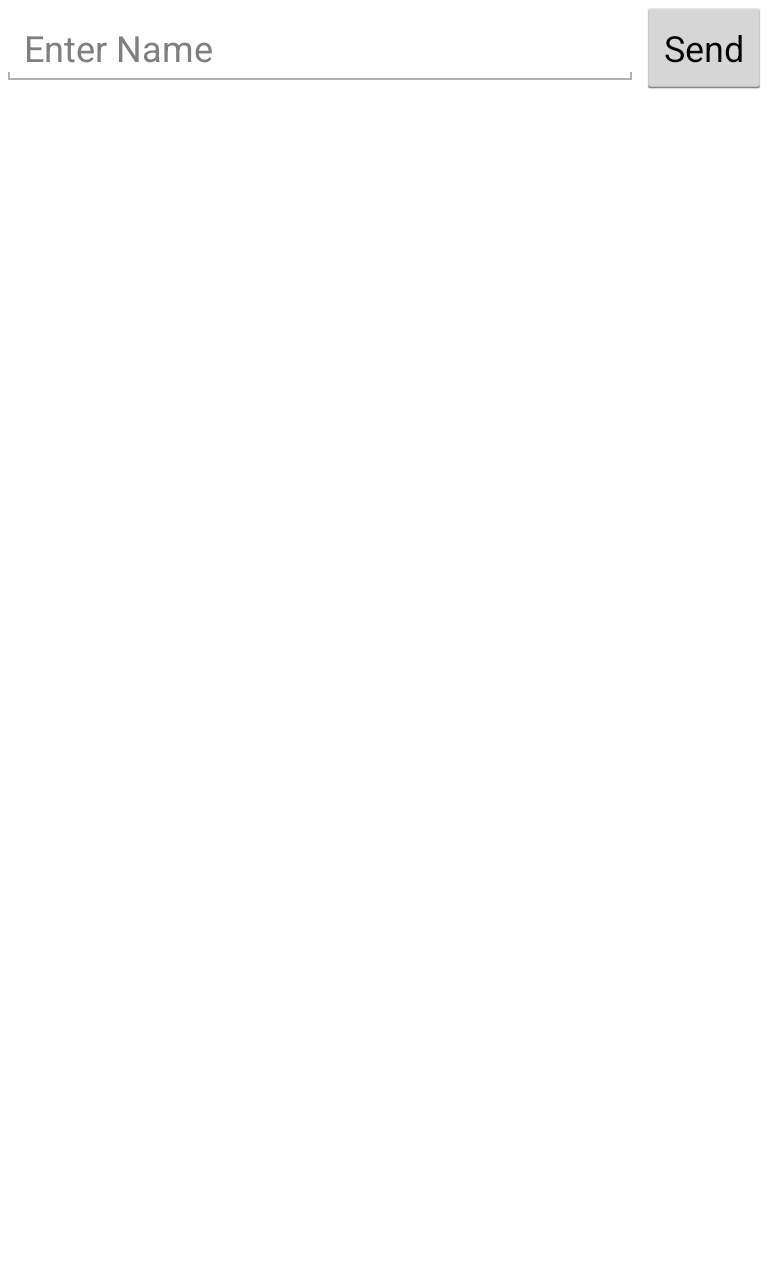
Repository: bvrit-vineeth/android-projects
Layout: MyFirstApp/res/layout/activity_main.xml
The author's editor kept a copy of each file at every save. The layout is drawn from the files as they stood at one save, then again after the next save.
It is drawn on a 768 x 1280 px phone screen (xhdpi) without system bars, with theme AppTheme; the app's code is not run.

Above is the layout before, as saved 2013-08-18 09:24:41.

### MyFirstApp/res/layout/activity_main.xml
<?xml version="1.0" encoding="utf-8"?>
<LinearLayout xmlns:android="http://schemas.android.com/apk/res/android"
    xmlns:tools="http://schemas.android.com/tools"
    android:layout_width="match_parent"
    android:layout_height="match_parent"
    android:orientation="horizontal" >

    <EditText
        android:id="@+id/editText1"
        android:layout_width="wrap_content"
        android:layout_height="wrap_content"
        android:hint="@string/edit_message"
        android:layout_weight="2" />

    <Button
        android:layout_width="wrap_content"
        android:layout_height="wrap_content"
        android:text="@string/button_send" />
</LinearLayout>

### MyFirstApp/res/values/strings.xml
<?xml version="1.0" encoding="utf-8"?>
<resources>

    <string name="app_name">My First App</string>
    <string name="action_settings">Settings</string>
    <string name="hello_world">Hello world!</string>
    <string name="edit_message">Enter Name</string>
    <string name="button_send">Send</string>

</resources>

Loaded but not shown: MyFirstApp/res/values/styles.xml (common file); MyFirstApp/res/values-v11/styles.xml (common file); MyFirstApp/res/values-v14/styles.xml (common file)

After the next save:
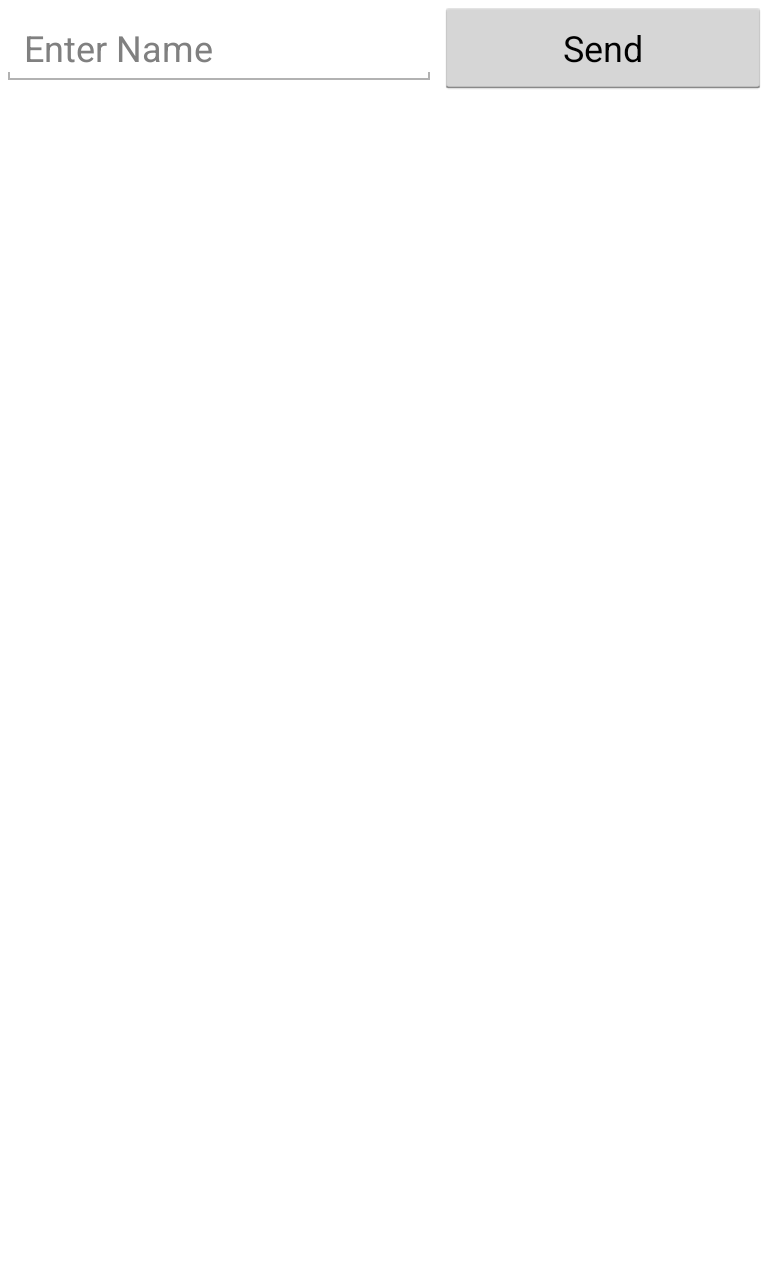
Saved 14 s later.
--- a/MyFirstApp/res/layout/activity_main.xml
+++ b/MyFirstApp/res/layout/activity_main.xml
@@ -10,10 +10,11 @@
         android:layout_width="wrap_content"
         android:layout_height="wrap_content"
         android:hint="@string/edit_message"
-        android:layout_weight="2" />
+        android:layout_weight="1" />
 
     <Button
         android:layout_width="wrap_content"
         android:layout_height="wrap_content"
-        android:text="@string/button_send" />
+        android:text="@string/button_send"
+        android:layout_weight="1" />
 </LinearLayout>
